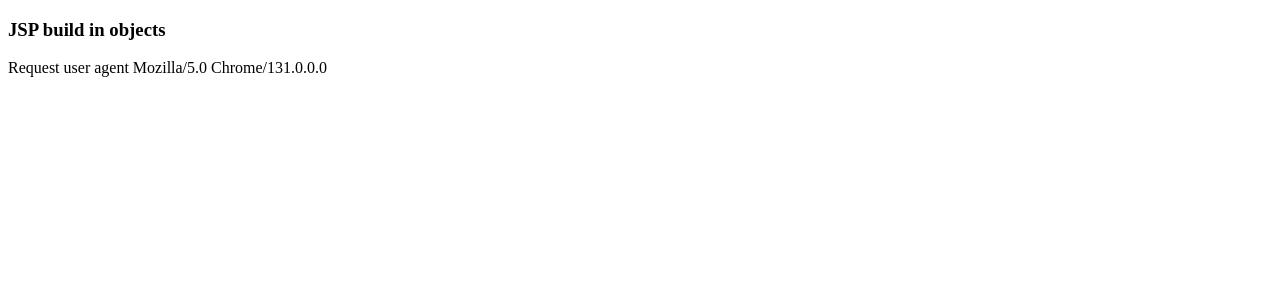
Repository: Gyepike/JSP
Page: http://localhost/JSPDemo/buildInObjects.jsp
The author's editor kept a copy of each file at every save. The page is drawn from the files as they stood at one save, then again after the next save.
The browser window is 1280 px wide. The pictures show the whole page.
The page is served by Tomcat 9.

Above is the page before, as saved 2020-10-29 21:01:02.

After the next save:
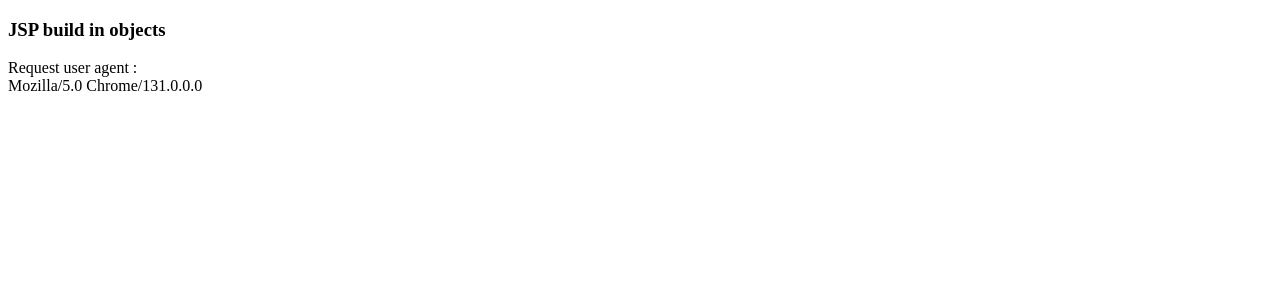
Saved 27 s later.
--- a/JSPDemo/WebContent/buildInObjects.jsp
+++ b/JSPDemo/WebContent/buildInObjects.jsp
@@ -8,7 +8,8 @@
 </head>
 <body>
    <h3>JSP build in objects </h3>
-   Request user agent <%= request.getHeader("User-Agent") %>
+   Request user agent : </br>
+   <%= request.getHeader("User-Agent") %>
 
 </body>
 </html>
